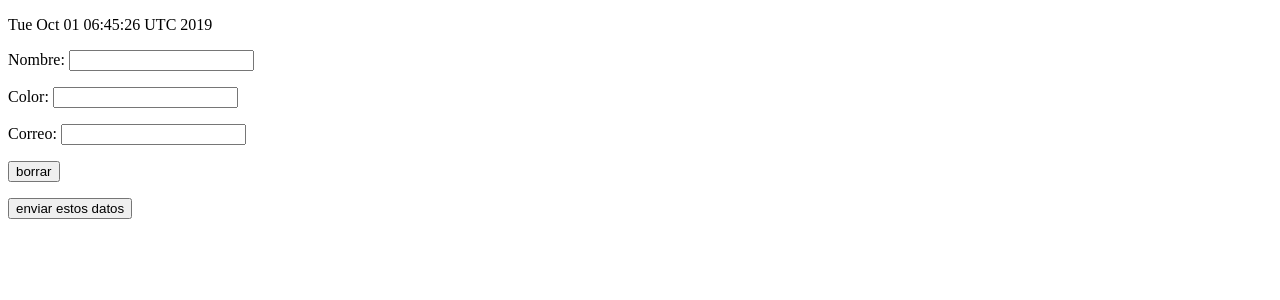
Repository: weertop/2DAW
Page: http://localhost/Formularios/controlText.jsp
The author's editor kept a copy of each file at every save. The page is drawn from the files as they stood at one save, then again after the next save.
The browser window is 1280 px wide. The pictures show the whole page.
The page is served by Tomcat 9.

Above is the page before, as saved 2019-10-01 07:05:02.

After the next save:
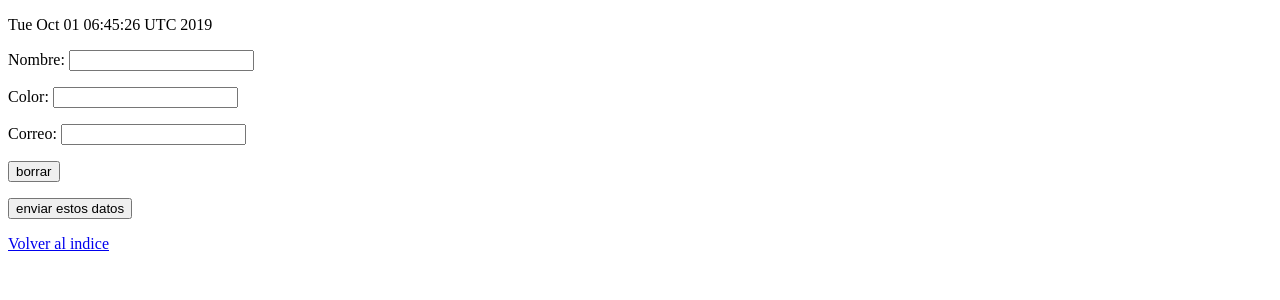
Saved 12 s later.
--- a/DWServidor/eclipse-workspace-photom/Formularios/WebContent/controlText.jsp
+++ b/DWServidor/eclipse-workspace-photom/Formularios/WebContent/controlText.jsp
@@ -18,5 +18,7 @@
 		<p> <input type="reset" name="borrar" value="borrar" />	</p>
 		<p> <input type="submit" name="enviar" value="enviar estos datos" /> </p> <!-- el value es lo que se enviara -->
 	</form>
+
+	<a href="index.jsp">Volver al indice</a>
 </body>
 </html>
